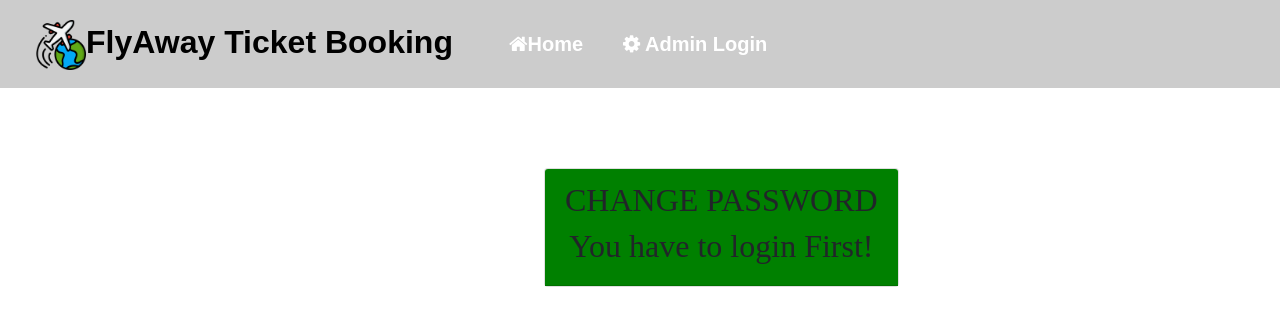
Repository: sayrabano/Phase2-project
Page: http://localhost/FlyAway/Changepassword.jsp
These files come from the project's save history. The page is drawn as it stood at one moment and after the next save; the edit follows.
The browser window is 1280 px wide. The pictures show the whole page.
Some web fonts or font styles are not loaded; a fallback is used. The page is served by Tomcat 9. Other server files are loaded and not shown.

Above is the page before, as saved 2021-09-29 19:54:55.

### FlyAway/src/main/webapp/Changepassword.jsp
<%@ page language="java" contentType="text/html; charset=ISO-8859-1"
	pageEncoding="ISO-8859-1"%>
	<%@page import="com.flyaway.LogIn"%>
<!DOCTYPE html>


<html>
<head>
<meta charset="ISO-8859-1">
<title>Fly Away</title>
<%@include file="allcss.jsp" %>
<style>
#navbar{
background-color:rgba(0,0,0,.2);
font-family:'Ubuntu', sans-serif;

}


#navbar ul li a{
	color:white;

	font-size:20px;
	font-weight:bold;
	padding:15px 20px;

}
#navbar ul li a:hover{
	color:black;
	background-color:white;
	border-radius:18px;


}


#tag{
	font-size:2rem;
 color:black;
 font-weight:bold;


	float:right;
	padding: 10px 20px;

}
#gear{
	margin:2px;
	padding:10px;



}
#gear a:hover{



	background-color:white;
}

.span{
	font-size:5rem;
}

.card{
	position:absolute;

	display:inline-block;

	margin-left:34rem;
	margin-top:5rem;

	font-family: 'Baloo Bhai 2', cursive;
}
#head{
	background-color:green;

}
</style>

</head>
<body>

		<%@ include file="navbar.jsp" %>



	<div class="contain">
		<div class="raw -">
			<div class="col-md-4-oofset-md-4">
				<div class="card">
					<div class="card-header text-center c-head" id="head">

						<h2>CHANGE PASSWORD</h2>
						<%if (LogIn.isLoggedin)
						{
						%>
						<i class="fa fa-unlock-alt" aria-hidden="true"></i>
					</div>
					<div class="card-body">
						<form action="Changepassword" method="post">


							<div class="form-group">
								<label for="newpass">Enter New Password</label> <input
									type="password"  name="user_password" class="form-control" id="newpass"
									aria-describedby="passwordHelp"> <br><br>



							<button type="submit" class="btn btn-primary btn-block badge--pill">Change Password</button>
						</form>
						<%
						}
						else{
							out.println("<h2>You have to login First!</h2>");
						}
						%>
					</div>
				</div>


			</div>



		</div>


	</div>






</body>

</html>

### FlyAway/src/main/webapp/allcss.jsp



	<!-- Required meta tags -->
<meta charset="utf-8">
<meta name="viewport"
	content="width=device-width, initial-scale=1, shrink-to-fit=no">

<link rel="stylesheet"
	href="https://cdnjs.cloudflare.com/ajax/libs/font-awesome/4.7.0/css/font-awesome.min.css">
<!-- Required meta tags -->
<meta charset="utf-8">
<meta name="viewport"
	content="width=device-width, initial-scale=1, shrink-to-fit=no">

<!-- Bootstrap CSS -->
<link rel="stylesheet"
	href="https://maxcdn.bootstrapcdn.com/bootstrap/4.0.0/css/bootstrap.min.css"
	integrity="sha384-Gn5384xqQ1aoWXA+058RXPxPg6fy4IWvTNh0E263XmFcJlSAwiGgFAW/dAiS6JXm"
	crossorigin="anonymous">
<link rel="stylesheet"
	href="https://cdnjs.cloudflare.com/ajax/libs/font-awesome/4.7.0/css/font-awesome.min.css">
<link
	href="https://fonts.googleapis.com/css2?family=Baloo+Bhai+2:wght@500&display=swap"
	rel="stylesheet">
<link
	href="https://fonts.googleapis.com/css2?family=Ubuntu:ital,wght@1,700&display=swap"
	rel="stylesheet">

### FlyAway/src/main/webapp/navbar.jsp
<nav class="navbar navbar-expand-lg navbar-light bg-custom" id="navbar">





		<a class="navbar-brand" id="tag"><img src="Images/travel.png" class="img-fluid"  width="50px">FlyAway Ticket Booking</a>


		<div class="collapse navbar-collapse" id="navbarSupportedContent">
			<ul class="navbar-nav mr-auto">
				<li class="nav-item"><a class="nav-link" href="Home.jsp">
						<i class="fa fa-home" aria-hidden="true"></i>Home </a></li>

				<li class="nav-item"><a href="Login.jsp" class="nav-link"><i
						class="fa fa-gear"></i> Admin Login</a></li>




			</ul>




		</div>

	</nav>

After the next save:
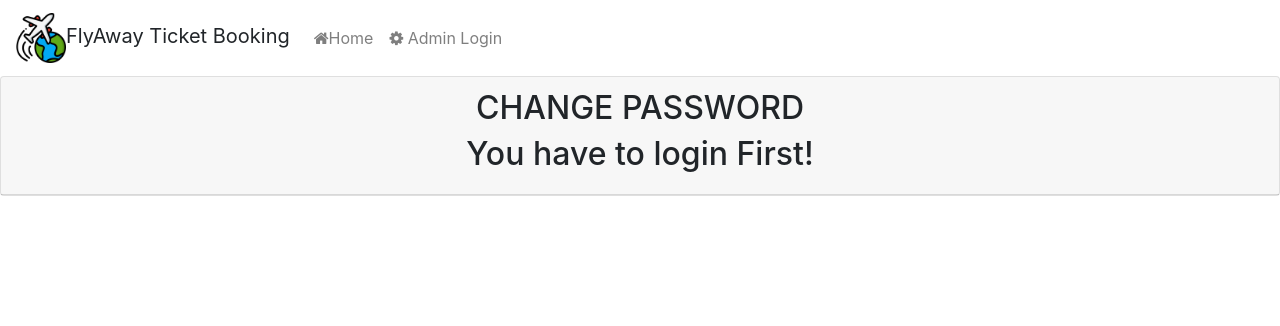
Saved 3 min 42 s later.
--- a/FlyAway/src/main/webapp/Changepassword.jsp
+++ b/FlyAway/src/main/webapp/Changepassword.jsp
@@ -9,74 +9,8 @@
 <meta charset="ISO-8859-1">
 <title>Fly Away</title>
 <%@include file="allcss.jsp" %>
-<style>
-#navbar{
-background-color:rgba(0,0,0,.2);
-font-family:'Ubuntu', sans-serif;
-
-}
 
 
-#navbar ul li a{
-	color:white;
-
-	font-size:20px;
-	font-weight:bold;
-	padding:15px 20px;
-
-}
-#navbar ul li a:hover{
-	color:black;
-	background-color:white;
-	border-radius:18px;
-
-
-}
-
-
-#tag{
-	font-size:2rem;
- color:black;
- font-weight:bold;
-
-
-	float:right;
-	padding: 10px 20px;
-
-}
-#gear{
-	margin:2px;
-	padding:10px;
-
-
-
-}
-#gear a:hover{
-
-
-
-	background-color:white;
-}
-
-.span{
-	font-size:5rem;
-}
-
-.card{
-	position:absolute;
-
-	display:inline-block;
-
-	margin-left:34rem;
-	margin-top:5rem;
-
-	font-family: 'Baloo Bhai 2', cursive;
-}
-#head{
-	background-color:green;
-
-}
-</style>
 
 </head>
 <body>
